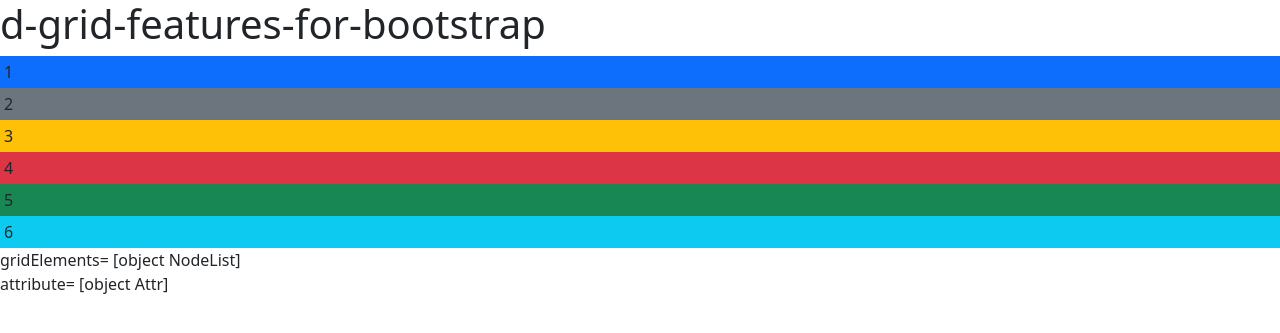
Repository: LynxPardelle/d-grid-features-for-bootstrap
Page: index.html
The author's editor kept a copy of each file at every save. The page is drawn from the files as they stood at one save, then again after the next save.
The browser window is 1280 px wide. The pictures show the whole page.

Above is the page before, as saved 2021-10-20 04:13:22.

### index.html
<!DOCTYPE html>
<html lang="en">
<head>
  <meta charset="UTF-8">
  <meta http-equiv="X-UA-Compatible" content="IE=edge">
  <meta name="viewport" content="width=device-width, initial-scale=1.0">
  <title>d-grid-features-for-bootstrap</title>
  <link href="https://cdn.jsdelivr.net/npm/bootstrap@5.1.3/dist/css/bootstrap.min.css" rel="stylesheet" integrity="sha384-1BmE4kWBq78iYhFldvKuhfTAU6auU8tT94WrHftjDbrCEXSU1oBoqyl2QvZ6jIW3" crossorigin="anonymous">
</head>
<body>
  <h1>d-grid-features-for-bootstrap</h1>

  <section class="d-grid bg-dark" data-gfbs="grid-template-columns: repeat(5, 1fr);grid-template-rows: repeat(1, 1fr);">
    <div class="grid-element bg-primary p-1">
      1
    </div>
    <div class="grid-element bg-secondary p-1">
      2
    </div>
    <div class="grid-element bg-warning p-1">
      3
    </div>
    <div class="grid-element bg-danger p-1">
      4
    </div>
    <div class="grid-element bg-success p-1">
      5
    </div>
    <div class="grid-element bg-info p-1">
      6
    </div>
  </section>

  <div id="console">

  </div>

  <script src="https://cdn.jsdelivr.net/npm/bootstrap@5.1.3/dist/js/bootstrap.bundle.min.js" integrity="sha384-ka7Sk0Gln4gmtz2MlQnikT1wXgYsOg+OMhuP+IlRH9sENBO0LRn5q+8nbTov4+1p" crossorigin="anonymous"></script>
  <script src="./d-grid.js"></script>
</body>
</html>

### d-grid.js
"use strict";

let gridElements = document.querySelectorAll("[data-gfbs]");

document.getElementById("console").innerHTML +=
  "gridElements= " + gridElements + "<br />";

console.log(gridElements);
for (let gridElement of gridElements) {
  for (let attribute of gridElement.attributes) {
    if (attribute.localName.includes("gfbs")) {

      console.log(attribute);
      document.getElementById("console").innerHTML +=
        "attribute= " + attribute + "<br/>";
      if(attribute.localName.includes("gfbs-custom")){
        let attValue = attribute.value;
        console.log(attValue);
        document.getElementById("console").innerHTML +=
          "attValue= " + attValue + "<br/>";
        console.log(typeof attValue);
        document.getElementById("console").innerHTML +=
          "typeof attValue= " + typeof attValue + "<br/>";

        gridElement.style.cssText += attValue;
      }
    }
  }
}

/* for(let attribute of gridElements.attributes){
  if(attribute.localName.includes('gfbs')){
    console.log(attribute);
  }
} */

After the next save:
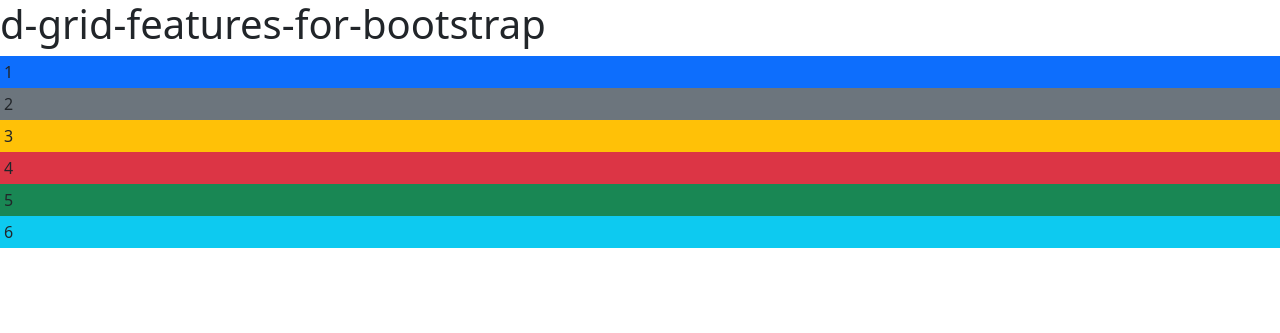
Saved 28 s later.
--- a/index.html
+++ b/index.html
@@ -31,10 +31,6 @@
     </div>
   </section>
 
-  <div id="console">
-
-  </div>
-
   <script src="https://cdn.jsdelivr.net/npm/bootstrap@5.1.3/dist/js/bootstrap.bundle.min.js" integrity="sha384-ka7Sk0Gln4gmtz2MlQnikT1wXgYsOg+OMhuP+IlRH9sENBO0LRn5q+8nbTov4+1p" crossorigin="anonymous"></script>
   <script src="./d-grid.js"></script>
 </body>
--- a/d-grid.js
+++ b/d-grid.js
@@ -2,8 +2,6 @@
 
 let gridElements = document.querySelectorAll("[data-gfbs]");
 
-document.getElementById("console").innerHTML +=
-  "gridElements= " + gridElements + "<br />";
 
 console.log(gridElements);
 for (let gridElement of gridElements) {
@@ -11,25 +9,12 @@ for (let gridElement of gridElements) {
     if (attribute.localName.includes("gfbs")) {
 
       console.log(attribute);
-      document.getElementById("console").innerHTML +=
-        "attribute= " + attribute + "<br/>";
       if(attribute.localName.includes("gfbs-custom")){
         let attValue = attribute.value;
         console.log(attValue);
-        document.getElementById("console").innerHTML +=
-          "attValue= " + attValue + "<br/>";
         console.log(typeof attValue);
-        document.getElementById("console").innerHTML +=
-          "typeof attValue= " + typeof attValue + "<br/>";
-
         gridElement.style.cssText += attValue;
       }
     }
   }
 }
-
-/* for(let attribute of gridElements.attributes){
-  if(attribute.localName.includes('gfbs')){
-    console.log(attribute);
-  }
-} */
